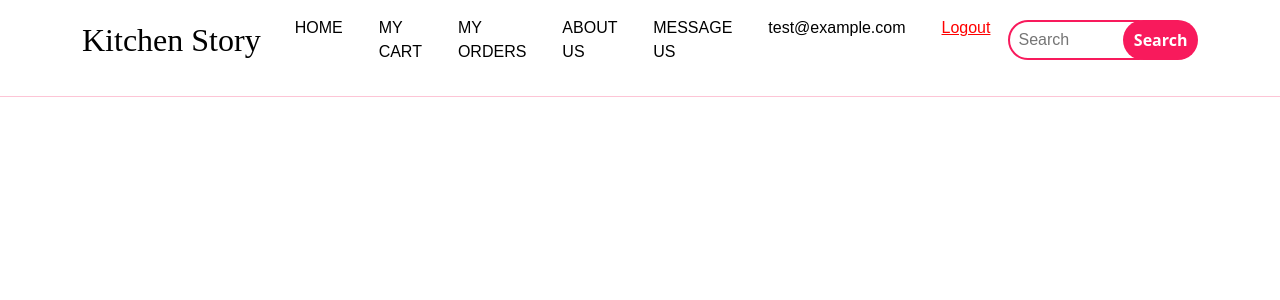
Repository: manishmachha/project-kitchenStory
Page: http://localhost/Phase_4_Kitchen_Story/accountHeader.jsp
These files come from the project's save history. The page is drawn as it stood at one moment and after the next save; the edit follows.
The browser window is 1280 px wide. The pictures show the whole page.
Some web fonts or font styles are not loaded; a fallback is used. Some web libraries are served in a nearby version. The page is served by Tomcat 10. The session is filled in as if someone had signed in: {"email": "test@example.com"}. Other server files are loaded and not shown.

Above is the page before, as saved 2022-03-11 06:00:17.

### Phase 4 Kitchen Story/src/main/webapp/accountHeader.jsp
<%@ page language="java" contentType="text/html; charset=ISO-8859-1"
    pageEncoding="ISO-8859-1"%>
<!DOCTYPE html>
<html>
<head>
<!-- Required meta tags -->
    <meta charset="utf-8">
    <meta name="viewport" content="width=device-width, initial-scale=1">

    <!-- Font Family -->
    <link rel="preconnect" href="https://fonts.googleapis.com">
    <link rel="preconnect" href="https://fonts.gstatic.com" crossorigin>
    <link href="https://fonts.googleapis.com/css2?family=Lobster&display=swap" rel="stylesheet">

    <!-- Bootstrap CSS -->
    <link href="https://cdn.jsdelivr.net/npm/bootstrap@5.0.2/dist/css/bootstrap.min.css" rel="stylesheet" integrity="sha384-EVSTQN3/azprG1Anm3QDgpJLIm9Nao0Yz1ztcQTwFspd3yD65VohhpuuCOmLASjC" crossorigin="anonymous">
    <link rel="stylesheet" href="css/indexStyle.css">

    <!-- font awesome -->
    <script src="https://kit.fontawesome.com/c26cd2166c.js"></script>
    <title>Kitchen Story | Home</title>
</head>
<%String email=session.getAttribute("email").toString(); %>
<nav class="navbar navbar-expand-lg">
	<div class="container">
		<a class="navbar-brand" href="#">Kitchen Story</a>
		<button class="navbar-toggler" type="button" data-bs-toggle="collapse"
			data-bs-target="#navbarScroll" aria-controls="navbarScroll"
			aria-expanded="false" aria-label="Toggle navigation">
			<span class="navbar-toggler-icon"></span>
		</button>
		<div class="collapse navbar-collapse" id="navbarScroll">
			<ul class="navbar-nav m-auto my-2 my-lg-0">
				<li class="nav-item"><a class="nav-link active" href="home.jsp">Home</a>
				</li>
				<li class="nav-item"><a class="nav-link" href="#trending">My
						Cart</a></li>
				<li class="nav-item"><a class="nav-link" href="#store"> My
						Orders </a></li>
				<li class="nav-item"><a class="nav-link" href="home.jsp#aboutUs">About Us</a></li>
				<li class="nav-item"><a class="nav-link" href="messageus.jsp">Message
						Us</a></li>
				<li class="nav-item"><a class="nav-link"  id="accName" href="#"><%=email%></a>
				</li>
				<li class="nav-item"><a class="nav-link" href="logoutAction.jsp" style="color: red; text-transform:capitalize;"><u>Logout</u></a></li>
			</ul>
			<form class="d-flex">
				<input class="px-2 search" type="search" placeholder="Search"
					aria-label="Search">
				<button class="btn0" type="submit">Search</button>
			</form>
		</div>
	</div>
</nav>
<hr style="color: rgb(248, 26, 92)">

### Phase 4 Kitchen Story/src/main/webapp/css/indexStyle.css

* {
	padding: 0;
	margin: 0;
	box-sizing: border-box;
}

.navbar-brand {
	font-size: 2rem;
	color: black;
	font-family: 'Lobster', cursive;
}

.navbar-brand:hover {
	color: black;
}

.nav-link {
	margin-right: 10px;
	margin-left: 10px;
	color: black;
	font-family: 'Rubik', sans-serif;
	text-transform: uppercase;
}

.nav-link:hover {
	color: rgb(248, 26, 92);
}

.search {
	height: 40px;
	width: 80%;
	border-radius: 60px;
	outline: none;
	margin-right: -35px;
	font-family: 'Rubik', sans-serif;
	border: 2px solid rgb(248, 26, 92);
}

.btn0 {
	height: 40px;
	width: 40%;
	outline: none;
	border: none;
	background: rgb(248, 26, 92);
	color: white;
	border-radius: 60px;
	font-weight: 700;
}

.main {
	background: url(images/lunch.jpg) no-repeat;
	background-size: cover;
	height: 100vh;
	background-position: 50% 50%;
	width: 100%;
}

.main h1 {
	font-size: 4rem;
	font-weight: 700;
}

.btn1 {
	height: 45px;
	width: 35%;
	border: none;
	outline: none;
	background-color: rgb(248, 26, 92);
	color: white;
	font-weight: 700;
	border-radius: 60px;
}

.btn1:hover {
	background-color: rgb(255, 41, 41);
	transition: 0.5s;
}

.btn0:hover {
	background-color: rgb(255, 41, 41);
	transition: 0.5s;
}

h1 {
	font-weight: 700;
}

.card:hover {
	box-shadow: -2px 0px 26px -4px rgba(0, 0, 0, 0.75);
	-webkit-box-shadow: -2px 0px 26px -4px rgba(0, 0, 0, 0.75);
	-moz-box-shadow: -2px 0px 26px -4px rgba(0, 0, 0, 0.75);
	transition: 0.5s;
}

img {
	border-radius: 10px;
}

.col:hover {
	box-shadow: -2px 0px 26px -4px rgba(0, 0, 0, 0.75);
	-webkit-box-shadow: -2px 0px 26px -4px rgba(0, 0, 0, 0.75);
	-moz-box-shadow: -2px 0px 26px -4px rgba(0, 0, 0, 0.75);
	transition: 0.5s;
}

.quote {
	border-radius: 40px;
	background: linear-gradient(rgba(0, 0, 0, 0.2), rgba(0, 0, 0, 0.2)),
		url(images/quote-bg.jpg) no-repeat;
	background-size: cover;
	height: 80vh;
	width: 100%;
}

.quote h1 {
	font-family: 'Lobster', cursive;
	color: bisque;
}

.quote h6 {
	color: bisque;
}

.news {
	background-color: black;
	color: white;
}

.news h1 {
	font-family: 'Lobster', cursive;
}

.fab {
	font-size: 2.5rem;
	cursor: pointer;
	padding-right: 10px;
}

.footer {
	position: fixed;
	left: 0;
	bottom: 0;
	width: 100%;
	background-color: black;
	color: white;
	text-align: center;
}
#accName{
	text-transform: lowercase;
}

After the next save:
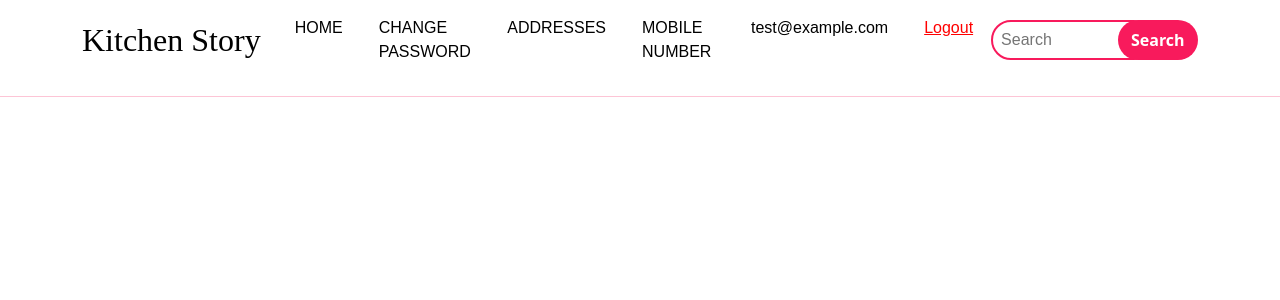
Saved 5 min 24 s later.
--- a/Phase 4 Kitchen Story/src/main/webapp/accountHeader.jsp
+++ b/Phase 4 Kitchen Story/src/main/webapp/accountHeader.jsp
@@ -33,14 +33,10 @@
 			<ul class="navbar-nav m-auto my-2 my-lg-0">
 				<li class="nav-item"><a class="nav-link active" href="home.jsp">Home</a>
 				</li>
-				<li class="nav-item"><a class="nav-link" href="#trending">My
-						Cart</a></li>
-				<li class="nav-item"><a class="nav-link" href="#store"> My
-						Orders </a></li>
-				<li class="nav-item"><a class="nav-link" href="home.jsp#aboutUs">About Us</a></li>
-				<li class="nav-item"><a class="nav-link" href="messageus.jsp">Message
-						Us</a></li>
-				<li class="nav-item"><a class="nav-link"  id="accName" href="#"><%=email%></a>
+				<li class="nav-item"><a class="nav-link" href="#trending">Change password</a></li>
+				<li class="nav-item"><a class="nav-link" href="#store">Addresses</a></li>
+				<li class="nav-item"><a class="nav-link" href="home.jsp#aboutUs">Mobile number</a></li>
+				<li class="nav-item"><a class="nav-link"  id="accName" href="Account.jsp"><%=email%></a>
 				</li>
 				<li class="nav-item"><a class="nav-link" href="logoutAction.jsp" style="color: red; text-transform:capitalize;"><u>Logout</u></a></li>
 			</ul>
